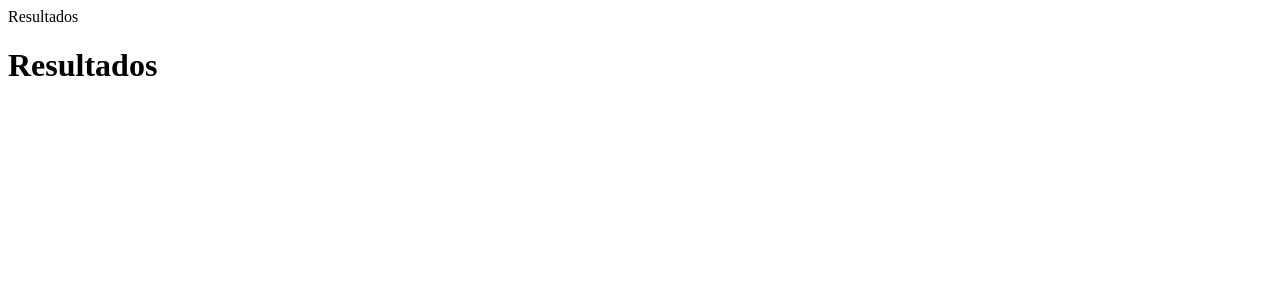
Repository: aldar1/Examen-Final-INF319
Page: http://localhost/test1/resultado.jsp
The author's editor kept a copy of each file at every save. The page is drawn from the files as they stood at one save, then again after the next save.
The browser window is 1280 px wide. The pictures show the whole page.
The page is served by Tomcat 9.

Above is the page before, as saved 2021-12-15 09:18:12.

### Java/test1/src/main/webapp/resultado.jsp
<%@ page language="java" contentType="text/html; charset=ISO-8859-1"
    pageEncoding="ISO-8859-1"%>
<!DOCTYPE html>
<html>
<head>
<meta charset="ISO-8859-1">
<title>Resultado</title>
</head>
<%@ page import="java.util.*" %>

<%!

public interface Callable {
    public int suma(int a, int b);
    public int resta(int a, int b);
    public int multi(int a, int b);
    public int divi(int a, int b);
    public int[][] sumamat(int[][] a, int[][] b);
    public int[][] restamat(int[][] a, int[][] b);
    public int[][] multimat(int[][] a, int[][] b);
}

public class Calcu implements Callable {
    public int suma(int a, int b) {
    	return a+b;
    }
    public int resta(int a, int b) {
    	return a-b;
    }
    public int multi(int a, int b) {
    	return a*b;
    }
    public int divi(int a, int b) {
    	return a/b;
    }
    public int[][] sumamat(int[][] mat1, int[][] mat2)
    {
        int[][] res = new int[2][2];
        for (int i = 0; i < 2; i++)
        {
            for (int j = 0; j < 2; j++)
            {
                res[i][j] = mat1[i][j] + mat2[i][j];
            }
        }
        return res;
    }
    public int[][] restamat(int[][] mat1, int[][] mat2)
    {
        int[][] res = new int[2][2];
        for (int i = 0; i < 2; i++)
        {
            for (int j = 0; j < 2; j++)
            {
                res[i][j] = mat1[i][j] - mat2[i][j];
            }
        }
        return res;
    }

    public int[][] multimat(int[][] mat1, int[][] mat2)
    {
        int[][] res = new int[2][2];
        int n = 2;
        for (int i = 0; i < n; i++)
        {
            for (int j = 0; j < n; j++)
            {
                res[i][j] = 0;
                for (int k = 0; k < n; k++)
                {
                    res[i][j] += mat1[i][k] * mat2[k][j];
                }
            }
        }
        return res;
    }
}

public static int invoke(Callable callable, int a, int b, String op){
	if (op.equals("suma")) return callable.suma(a,b);
	else if (op.equals("resta")) return callable.resta(a,b);
	else if (op.equals("multi")) return callable.multi(a,b);
	return callable.divi(a,b);
}

public static int[][] mat(Callable callable, int[][] a, int[][] b, String op){
	if (op.equals("suma")) return callable.sumamat(a,b);
	else if (op.equals("resta")) return callable.restamat(a,b);
	return callable.multimat(a,b);
}
%>
<body>Resultados</body>
<%
if(request.getParameter("n_prim") != null){
	out.print("<h2>Primos</h2>");
	int lim,p1=1;
	lim = Integer.parseInt(request.getParameter("n_prim"));
	while(lim!=0){
		int p2 = 0;
		for(int i=1;i<=p1;i++){
			if(p1%i==0){
				p2++;
			}
		}
		if(p2==2){
			lim--;
			out.print(p1+", ");
		}
		p1++;
	}
}
%>
<body>
<h1>Resultados</h1>

<%
if(request.getParameter("n_fibo") != null){
	out.print("<h2>Fibonacci</h2>");
	int a, b, lim, aux;
    lim = Integer.parseInt(request.getParameter("n_fibo"));
    a = 0;
    b = 1;
    out.print("0, ");
    for (int i = 2; i <= lim; i++)
    {
        aux = a;
        a = b;
        b = aux + a;
        out.print(a + ", ");
        if (i % 10 == 0 && i != 0) out.print("<br>");
    }
}

//calculadora
else if(request.getParameter("a_calcu") != null && request.getParameter("b_calcu") != null && request.getParameter("op_calcu") != null){
	out.print("<h2>Calculadora</h2>");
	String op = request.getParameter("op_calcu");
	int a = Integer.parseInt(request.getParameter("a_calcu"));
    int b = Integer.parseInt(request.getParameter("b_calcu"));
    if(op.equals("suma") || op.equals("resta") || op.equals("multi") || op.equals("divi")){
    	out.print(op+"<br>");
    	Callable cmd = new Calcu();
        int res = invoke(cmd, a, b, op);
    	out.print(res);
    }
    else out.print("Operacion no reconocida");
}

//calculadora de matrices
else if(request.getParameter("mat100") != null && request.getParameter("mat101") != null && request.getParameter("mat110") != null &&
	request.getParameter("mat111") != null && request.getParameter("mat200") != null && request.getParameter("mat201") != null &&
	request.getParameter("mat210") != null && request.getParameter("mat211") != null && request.getParameter("op_matrices") != null){
	out.print("<h2>Calculadora de matrices</h2>");
	String op = request.getParameter("op_matrices");
	out.print(op+"<br>");
	int a = Integer.parseInt(request.getParameter("mat100"));
	int b = Integer.parseInt(request.getParameter("mat101"));
	int c = Integer.parseInt(request.getParameter("mat110"));
	int d = Integer.parseInt(request.getParameter("mat111"));
	int a1 = Integer.parseInt(request.getParameter("mat200"));
	int b1 = Integer.parseInt(request.getParameter("mat201"));
	int c1 = Integer.parseInt(request.getParameter("mat210"));
	int d1 = Integer.parseInt(request.getParameter("mat211"));

	int[][] m1 = {{a,b},{c,d}};
	int[][] m2 = {{a1,b1},{c1,d1}};
    if(op.equals("suma") || op.equals("resta") || op.equals("multi")){
    	Callable cmd = new Calcu();
        int[][] res = mat(cmd, m1, m2, op);
        for(int i=0; i<2; i++){
        	for(int j=0; j<2; j++){
        		out.print(res[i][j]+" ");
        	}
        	out.print("<br>");
        }
    }
    else out.print("Operacion no reconocida");
}

//criba
if(request.getParameter("n_criba") != null){
	out.print("<h2>Criba</h2>");
	int n = Integer.parseInt(request.getParameter("n_criba"));
    Boolean[] marcados = new Boolean[n + 1];
    for (int i = 2; i < marcados.length; i++){
    	marcados[i] = false;
    }

    for (int i = 2; i <= Math.sqrt(n); i++)
    {
        if (!marcados[i]){
        	for (int j = i * 2; j <= n; j += i) marcados[j] = true;
        }
    }

    for (int i = 2; i < marcados.length; i++){
    	if (marcados[i] == false)
        {
			out.print(i+", ");
			if (i % 10 == 0) out.print("<br>");
        }
    }
}
//separar lista
if(request.getParameter("lista") != null){
	out.print("<h2>Separar lista</h2>");
	String[] cad = request.getParameter("lista").trim().split(" ");
	int[] lista = new int[cad.length];
	String pares ="";
    String impares ="";
    int cop=0;
    int coi=0;

	for(int i=0; i<lista.length; i++){
		lista[i]=Integer.parseInt(cad[i]);
		if (lista[i] % 2 == 0) pares += lista[i] + ", ";
        else impares += lista[i] + ", ";
	}
	out.println("<h3>Pares</h3>");
	out.println(pares);
	out.println("<h3>Impares</h3>");
	out.println(impares);
}


%>
</body>
</html>

After the next save:
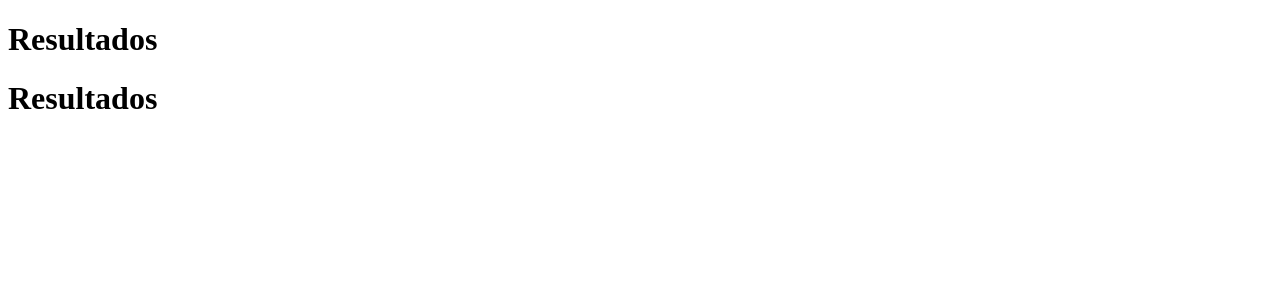
Saved 61 s later.
--- a/Java/test1/src/main/webapp/resultado.jsp
+++ b/Java/test1/src/main/webapp/resultado.jsp
@@ -90,7 +90,9 @@ public static int[][] mat(Callable callable, int[][] a, int[][] b, String op){
 	return callable.multimat(a,b);
 }
 %>
-<body>Resultados</body>
+<body>
+<h1>Resultados</h1>
+</body>
 <%
 if(request.getParameter("n_prim") != null){
 	out.print("<h2>Primos</h2>");
